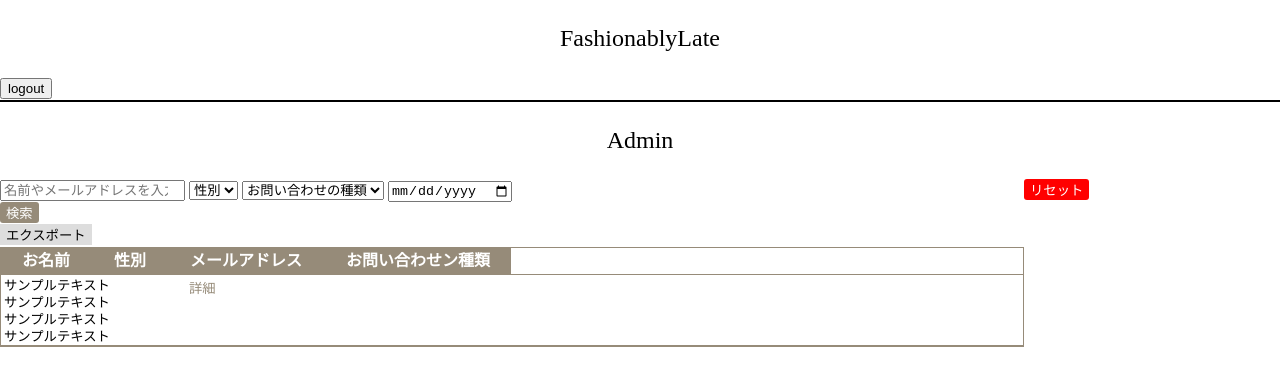
Repository: mayu-ya/test_form
Page: http://localhost/
These files come from the project's save history. The page is drawn as it stood at one moment and after the next save; the edit follows.
The browser window is 1280 px wide. The pictures show the whole page.
The page is served by the project's Laravel application, run on PHP 8.4 with Laravel 8. Other server files are loaded and not shown.

Above is the page before, as saved 2026-01-17 17:41:02.

### src/routes/web.php
<?php

use Illuminate\Support\Facades\Route;
use App\Http\Controllers\ContactController;

/*
|--------------------------------------------------------------------------
| Web Routes
|--------------------------------------------------------------------------
|
| Here is where you can register web routes for your application. These
| routes are loaded by the RouteServiceProvider within a group which
| contains the "web" middleware group. Now create something great!
|
*/

Route::get('/', [ContactController::class, 'index']);

### src/app/Http/Controllers/ContactController.php
<?php

namespace App\Http\Controllers;

use Illuminate\Http\Request;

class ContactController extends Controller
{
    public function index()
    {
        return view('admin');
    }
}

### src/resources/views/admin.blade.php
@extends('layouts.app')

@section('css')
<link rel="stylesheet" href="{{ asset('css/admin.css') }}">
@endsection

@section('header')
<nav class="header">
    <form action="">
        <button class="header__button">logout</button>
    </form>
</nav>
@endsection

@section('content')
<div class="content">
    <div class="title">
        <h2 class="title-h">Admin</h2>
    </div>

    <div class="search">
        <form action="" class="form__search">
            <div class="form__search-item">
                <input type="search" name="name" placeholder="名前やメールアドレスを入力してください">
                <select name="gender">
                    <option value="">性別</option>
                </select>
                <select name="content">
                    <option value="">お問い合わせの種類</option>
                </select>
                <input type="date" name="date">
                <div class="search__button">
                    <button class="search__button-submit" tyup="submit">検索</button>
                </div>
            </div>
        </form>
        <form action="" class="reset__button">
            <button class="reset__button-submit">リセット</button>
        </form>
    </div>

    <div class="export">
        <form action="" class="form__export">
            <button class="form__export-button">エクスポート</button>
        </form>
    </div>

    <div class="table-content">
        <table class="table">
            <tr class="table-row">
                <th class="table-title">
                    <span class="table-span">お名前</span>
                    <span class="table-span">性別</span>
                    <span class="table-span">メールアドレス</span>
                    <span class="table-span">お問い合わせン種類</span>
                </th>
            </tr>
            <tr class="table-row">
                <td class="table__item">
                    <form class="form">
                        <div class="form__item">
                            <div class="form__item-name">
                                <input type="text" class="form__item-input" value="サンプルテキスト">
                            </div>
                            <div class="form_item-gender">
                                <input type="text" class="form__item-input" value="サンプルテキスト">
                            </div>
                            <div class="form_item-email">
                                <input type="text" class="form__item-input" value="サンプルテキスト">
                            </div>
                            <div class="form_item-content">
                                <input type="text" class="form__item-input" value="サンプルテキスト">
                            </div>
                        </div>
                        <div class="form__button">
                            <button class="form__button-detail">詳細</button>
                        </div>
                    </form>
                </td>
            </tr>
        </table>
    </div>
</div>
@endsection

### src/resources/views/layouts/app.blade.php
<!DOCTYPE html>
<html lang="ja">
<head>
    <meta charset="UTF-8">
    <meta name="viewport" content="width=device-width, initial-scale=1.0">
    <title>FashionablyLate</title>
    <link rel="stylesheet" href="{{ asset('css/common.css') }}">
    <link rel="stylesheet" href="{{ asset('css/sanitize.css') }}">
    @yield('css')
</head>
<body>
    <header class="header">
        <div class="header-title">
            <div class="header-title__item">FashionablyLate</div>
        </div>
        @yield('header')
    </header>

    <main>
        @yield('content')
    </main>
</body>
</html>

### src/public/css/common.css
.header{
    border-bottom: 1px solid #000;
}

.header-title {
    margin: 0 auto;
    padding: 20px 15px;
    max-width: 1230px;
}

.header-title__item {
    font-size: 24px;
    text-align: center;
}

### src/public/css/sanitize.css
/* Document
* ========================================================================== */

/**
* Add border box sizing in all browsers (opinionated).
*/

*,
::before,
::after {
  box-sizing: border-box;
}

/**
* 1. Add text decoration inheritance in all browsers (opinionated).
* 2. Add vertical alignment inheritance in all browsers (opinionated).
*/

::before,
::after {
  vertical-align: inherit;
  /* 2 */
  text-decoration: inherit;
  /* 1 */
}

/**
* 1. Use the default cursor in all browsers (opinionated).
* 2. Change the line height in all browsers (opinionated).
* 3. Use a 4-space tab width in all browsers (opinionated).
* 4. Remove the grey highlight on links in iOS (opinionated).
* 5. Prevent adjustments of font size after orientation changes in
*    IE on Windows Phone and in iOS.
* 6. Breaks words to prevent overflow in all browsers (opinionated).
*/

html {
  word-break: break-word;
  /* 6 */
  -moz-tab-size: 4;
  /* 3 */
  tab-size: 4;
  /* 3 */
  line-height: 1.5;
  /* 2 */
  cursor: default;
  /* 1 */

  -webkit-tap-highlight-color: transparent
    /* 4 */
  ;
  -ms-text-size-adjust: 100%;
  /* 5 */
  -webkit-text-size-adjust: 100%;
  /* 5 */
}

/* Sections
* ========================================================================== */

/**
* Remove the margin in all browsers (opinionated).
*/

body {
  margin: 0;
}

/**
* Correct the font size and margin on `h1` elements within `section` and
* `article` contexts in Chrome, Edge, Firefox, and Safari.
*/

h1 {
  margin: 0.67em 0;
  font-size: 2em;
}

/* Grouping content
* ========================================================================== */

/**
* Remove the margin on nested lists in Chrome, Edge, IE, and Safari.
*/

dl dl,
dl ol,
dl ul,
ol dl,
ul dl {
  margin: 0;
}

/**
* Remove the margin on nested lists in Edge 18- and IE.
*/

ol ol,
ol ul,
ul ol,
ul ul {
  margin: 0;
}

/**
* 1. Add the correct sizing in Firefox.
* 2. Show the overflow in Edge 18- and IE.
*/

hr {
  overflow: visible;
  /* 2 */
  height: 0;
  /* 1 */
}

/**
* Add the correct display in IE.
*/

main {
  display: block;
}

/**
* Remove the list style on navigation lists in all browsers (opinionated).
*/

nav ol,
nav ul {
  padding: 0;
  list-style: none;
}

/**
* 1. Correct the inheritance and scaling of font size in all browsers.
* 2. Correct the odd `em` font sizing in all browsers.
*/

pre {
  font-size: 1em;
  /* 2 */
  font-family: monospace, monospace;
  /* 1 */
}

/* Text-level semantics
* ========================================================================== */

/**
* Remove the gray background on active links in IE 10.
*/

a {
  background-color: transparent;
}

/**
* Add the correct text decoration in Edge 18-, IE, and Safari.
*/

abbr[title] {
  text-decoration: underline;
  text-decoration: underline dotted;
}

/**
* Add the correct font weight in Chrome, Edge, and Safari.
*/

b,
strong {
  font-weight: bolder;
}

/**
* 1. Correct the inheritance and scaling of font size in all browsers.
* 2. Correct the odd `em` font sizing in all browsers.
*/

code,
kbd,
samp {
  font-size: 1em;
  /* 2 */
  font-family: monospace, monospace;
  /* 1 */
}

/**
* Add the correct font size in all browsers.
*/

small {
  font-size: 80%;
}

/* Embedded content
* ========================================================================== */

/*
* Change the alignment on media elements in all browsers (opinionated).
*/

audio,
canvas,
iframe,
img,
svg,
video {
  vertical-align: middle;
}

/**
* Add the correct display in IE 9-.
*/

audio,
video {
  display: inline-block;
}

/**
* Add the correct display in iOS 4-7.
*/

audio:not([controls]) {
  display: none;
  height: 0;
}

/**
* Remove the border on iframes in all browsers (opinionated).
*/

iframe {
  border-style: none;
}

/**
* Remove the border on images within links in IE 10-.
*/

img {
  border-style: none;
}

/**
* Change the fill color to match the text color in all browsers (opinionated).
*/

svg:not([fill]) {
  fill: currentColor;
}

/**
* Hide the overflow in IE.
*/

svg:not(:root) {
  overflow: hidden;
}

/* Tabular data
* ========================================================================== */

/**
* Collapse border spacing in all browsers (opinionated).
*/

table {
  border-collapse: collapse;
}

/* Forms
* ========================================================================== */

/**
* Remove the margin on controls in Safari.
*/

button,
input,
select {
  margin: 0;
}

/**
* 1. Show the overflow in IE.
* 2. Remove the inheritance of text transform in Edge 18-, Firefox, and IE.
*/

button {
  overflow: visible;
  /* 1 */
  text-transform: none;
  /* 2 */
}

/**
* Correct the inability to style buttons in iOS and Safari.
*/

button,
[type="button"],
[type="reset"],
[type="submit"] {
  -webkit-appearance: button;
}

/**
* 1. Change the inconsistent appearance in all browsers (opinionated).
* 2. Correct the padding in Firefox.
*/

fieldset {
  padding: 0.35em 0.75em 0.625em;
  /* 2 */
  border: 1px solid #a0a0a0;
  /* 1 */
}

/**
* Show the overflow in Edge 18- and IE.
*/

input {
  overflow: visible;
}

/**
* 1. Correct the text wrapping in Edge 18- and IE.
* 2. Correct the color inheritance from `fieldset` elements in IE.
*/

legend {
  display: table;
  /* 1 */
  max-width: 100%;
  /* 1 */
  color: inherit;
  /* 2 */
  white-space: normal;
  /* 1 */
}

/**
* 1. Add the correct display in Edge 18- and IE.
* 2. Add the correct vertical alignment in Chrome, Edge, and Firefox.
*/

progress {
  display: inline-block;
  /* 1 */
  vertical-align: baseline;
  /* 2 */
}

/**
* Remove the inheritance of text transform in Firefox.
*/

select {
  text-transform: none;
}

/**
* 1. Remove the margin in Firefox and Safari.
* 2. Remove the default vertical scrollbar in IE.
* 3. Change the resize direction in all browsers (opinionated).
*/

textarea {
  overflow: auto;
  /* 2 */
  margin: 0;
  /* 1 */
  resize: vertical;
  /* 3 */
}

/**
* Remove the padding in IE 10-.
*/

[type="checkbox"],
[type="radio"] {
  padding: 0;
}

/**
* 1. Correct the odd appearance in Chrome, Edge, and Safari.
* 2. Correct the outline style in Safari.
*/

[type="search"] {
  outline-offset: -2px;
  /* 2 */

  -webkit-appearance: textfield;
  /* 1 */
}

/**
* Correct the cursor style of increment and decrement buttons in Safari.
*/

::-webkit-inner-spin-button,
::-webkit-outer-spin-button {
  height: auto;
}

/**
* Correct the text style of placeholders in Chrome, Edge, and Safari.
*/

::-webkit-input-placeholder {
  color: inherit;
  opacity: 0.54;
}

/**
* Remove the inner padding in Chrome, Edge, and Safari on macOS.
*/

::-webkit-search-decoration {
  -webkit-appearance: none;
}

/**
* 1. Correct the inability to style upload buttons in iOS and Safari.
* 2. Change font properties to `inherit` in Safari.
*/

::-webkit-file-upload-button {
  font: inherit;
  /* 2 */

  -webkit-appearance: button;
  /* 1 */
}

/**
* Remove the inner border and padding of focus outlines in Firefox.
*/

::-moz-focus-inner {
  padding: 0;
  border-style: none;
}

/**
* Restore the focus outline styles unset by the previous rule in Firefox.
*/

:-moz-focusring {
  outline: 1px dotted ButtonText;
}

/**
* Remove the additional :invalid styles in Firefox.
*/

:-moz-ui-invalid {
  box-shadow: none;
}

/* Interactive
* ========================================================================== */

/*
* Add the correct display in Edge 18- and IE.
*/

details {
  display: block;
}

/*
* Add the correct styles in Edge 18-, IE, and Safari.
*/

dialog {
  position: absolute;
  right: 0;
  left: 0;
  display: block;
  margin: auto;
  padding: 1em;
  width: -moz-fit-content;
  width: -webkit-fit-content;
  width: fit-content;
  height: -moz-fit-content;
  height: -webkit-fit-content;
  height: fit-content;
  border: solid;
  background-color: white;
  color: black;
}

dialog:not([open]) {
  display: none;
}

/*
* Add the correct display in all browsers.
*/

summary {
  display: list-item;
}

/* Scripting
* ========================================================================== */

/**
* Add the correct display in IE 9-.
*/

canvas {
  display: inline-block;
}

/**
* Add the correct display in IE.
*/

template {
  display: none;
}

/* User interaction
* ========================================================================== */

/*
* 1. Remove the tapping delay in IE 10.
* 2. Remove the tapping delay on clickable elements
in all browsers (opinionated).
*/

a,
area,
button,
input,
label,
select,
summary,
textarea,
[tabindex] {
  -ms-touch-action: manipulation;
  /* 1 */
  touch-action: manipulation;
  /* 2 */
}

/**
* Add the correct display in IE 10-.
*/

[hidden] {
  display: none;
}

/* Accessibility
* ========================================================================== */

/**
* Change the cursor on busy elements in all browsers (opinionated).
*/

[aria-busy="true"] {
  cursor: progress;
}

/*
* Change the cursor on control elements in all browsers (opinionated).
*/

[aria-controls] {
  cursor: pointer;
}

/*
* Change the cursor on disabled, not-editable, or otherwise
* inoperable elements in all browsers (opinionated).
*/

[aria-disabled="true"],
[disabled] {
  cursor: not-allowed;
}

/*
* Change the display on visually hidden accessible elements
* in all browsers (opinionated).
*/

[aria-hidden="false"][hidden] {
  display: initial;
}

[aria-hidden="false"][hidden]:not(:focus) {
  position: absolute;
  clip: rect(0, 0, 0, 0);
}

### src/public/css/admin.css
.content {
    max-width: 1536px;
}

.title {
    margin: 0 auto;
}

.title-h {
    text-align: center;
    font-weight: lighter;
}

.search {
    display: flex;
}

.form__search {
    width: 80%;
    display: flex;
}

.search__button-submit {
    display: flex;
    background: #968b79;
    color: white;
    border-radius: 3px;
    border: none;
    cursor: pointer;
}

.reset__button-submit {
    background: red;
    color: white;
    border-radius: 3px;
    border: none;
    cursor: pointer;
}

.form__export-button {
    background: #ddd;
    border: none;
}

.table-content {
    width: 80%;
}

.table {
    border: 1px solid #968b79;
    width: 100%;
}

.table-row {
    border-bottom: 1px solid #968b79;
    display: flex;
}

.table-title {
   background: #968b79;
}

.table-span {
    color: white;
    border: none;
    padding: 5px 20px;
}

.form {
    display: flex;
}

.form__item-input {
    display: flex;
    border: 5px 20px;
    outline: none;
    border: none;
}

.form__button-detail {
    background: white;
    color: #968b79;
    border: #968b79;
    border-radius: 3px;
    cursor: pointer;
}

Loaded but not shown: src/app/Http/Controllers/Controller.php (common file)

After the next save:
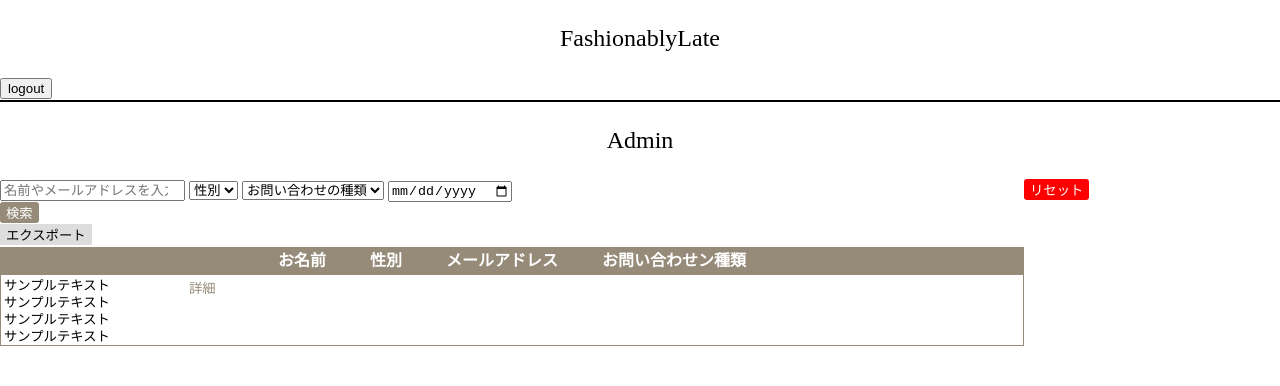
Saved 75 s later.
--- a/src/public/css/admin.css
+++ b/src/public/css/admin.css
@@ -53,7 +53,7 @@
 
 .table-row {
     border-bottom: 1px solid #968b79;
-    display: flex;
+    width: 100%;
 }
 
 .table-title {
